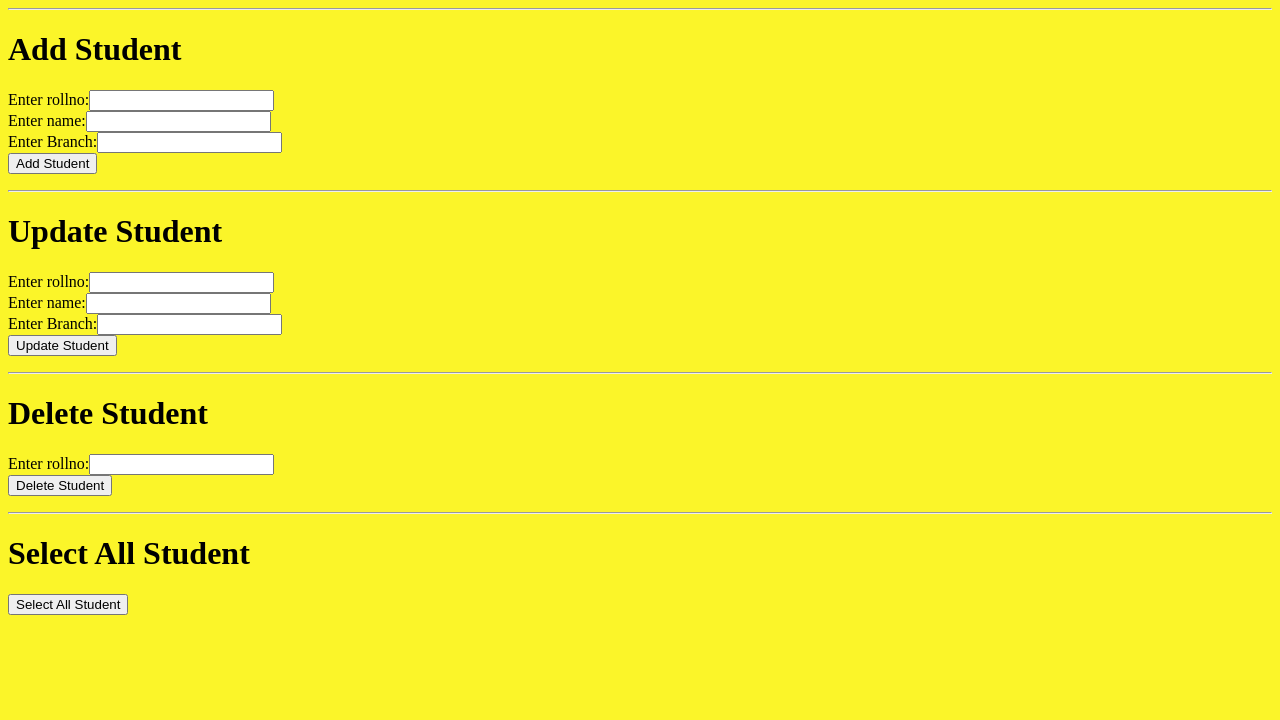
Repository: chinthaginjalabhuvan/Java
Page: RealTimeWebProject/src/main/webapp/index.html
An editor plug-in stored every save of this project. The page is shown before and after the next save, followed by the edit.
The browser window is 1280 px wide. The pictures show the whole page.

Above is the page before, as saved 2025-06-03 11:47:45.

### RealTimeWebProject/src/main/webapp/index.html

<html>
<body bgcolor="#fbf529 ">
<hr/>
<h1>Add Student</h1>
<form action="AddStudent.jsp">
Enter rollno:<input type="text" name="rollno"/><br/>
Enter name:<input type="text" name="name"/><br/>
Enter Branch:<input type="text" name="branch"/><br/>
<button type="submit">Add Student</button>
</form>
<hr/>
<h1>Update Student</h1>
<form action="UpdateStudent.jsp">
Enter rollno:<input type="text" name="rollno"/><br/>
Enter name:<input type="text" name="name"/><br/>
Enter Branch:<input type="text" name="branch"/><br/>
<button type="submit">Update Student</button>
</form>
<hr/>
<h1>Delete Student</h1>
<form action="DeleteStudent.jsp">
Enter rollno:<input type="text" name="rollno"/><br/>
<button type="submit">Delete Student</button>
</form>
<hr/>
<h1>Select All Student</h1>
<form action="SelectAll.jsp">
<button type="submit">Select All Student</button>
</form>
</body>
</html>

After the next save:
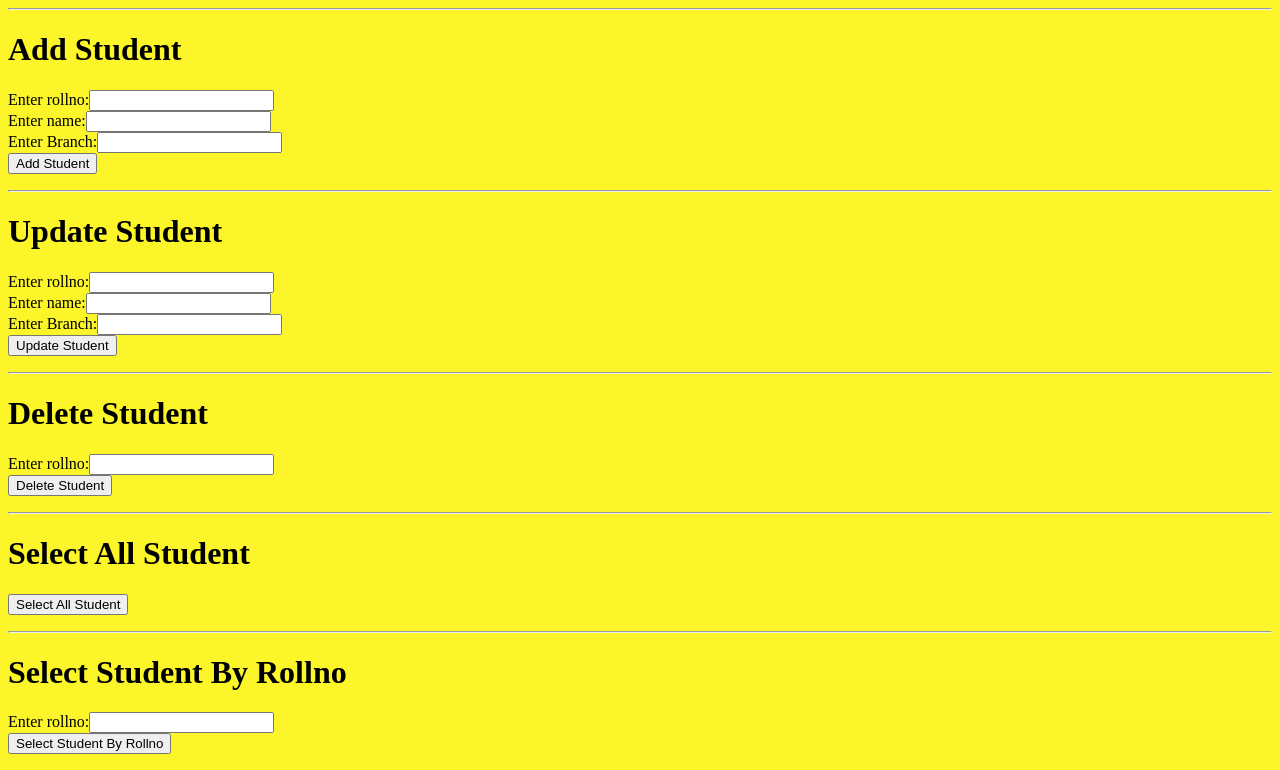
Saved 3 min 31 s later.
--- a/RealTimeWebProject/src/main/webapp/index.html
+++ b/RealTimeWebProject/src/main/webapp/index.html
@@ -28,5 +28,11 @@ Enter rollno:<input type="text" name="rollno"/><br/>
 <form action="SelectAll.jsp">
 <button type="submit">Select All Student</button>
 </form>
+<hr/>
+<h1>Select Student By Rollno</h1>
+<form action="SelectRollno.jsp">
+Enter rollno:<input type="text" name="rollno"/><br/>
+<button type="submit">Select Student By Rollno</button>
+</form>
 </body>
 </html>
